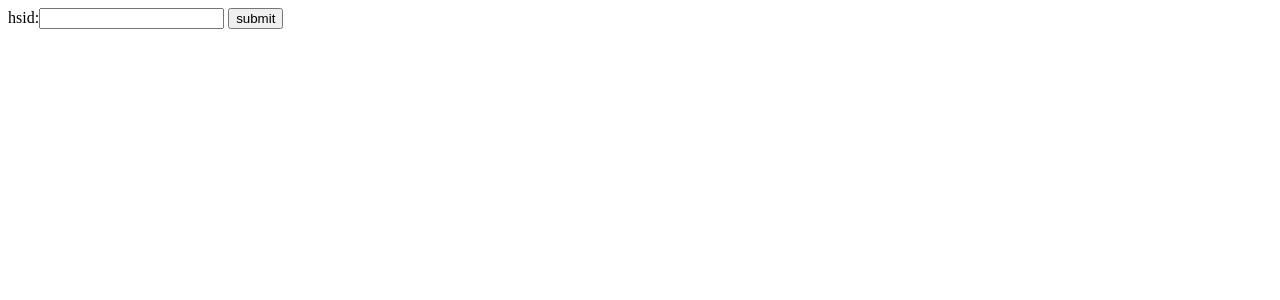
Repository: shankar841/shankar
Page: jecm4/src/main/webapp/WEB-INF/hs1.html
These files come from the project's save history. The page is drawn as it stood at one moment and after the next save; the edit follows.
The browser window is 1280 px wide. The pictures show the whole page.

Above is the page before, as saved 2023-02-07 07:09:27.

### jecm4/src/main/webapp/WEB-INF/hs1.html
<!DOCTYPE html>
<html>
<head>
<meta charset="ISO-8859-1">
<title>Insert title here</title>
</head>
<body>
<form action="bd" method ="post" >
hsid:<input type="text" name="hsemid">
<button>submit</button>
</form>

</body>
</html>

After the next save:
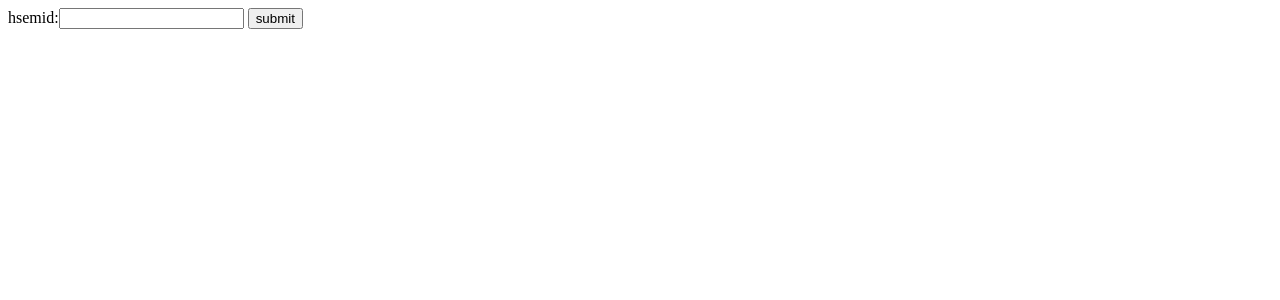
Saved 22 h 39 min later.
--- a/jecm4/src/main/webapp/WEB-INF/hs1.html
+++ b/jecm4/src/main/webapp/WEB-INF/hs1.html
@@ -6,7 +6,7 @@
 </head>
 <body>
 <form action="bd" method ="post" >
-hsid:<input type="text" name="hsemid">
+hsemid:<input type="text" name="hsemid">
 <button>submit</button>
 </form>
 
